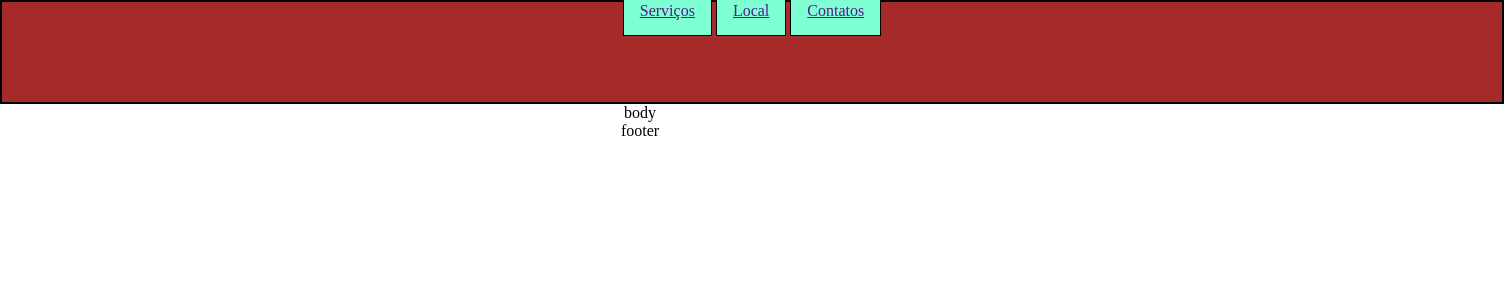
Repository: marllon-hetzler/Site-Salvatore-Barbearia
Page: home.html
An editor plug-in stored every save of this project. The page is shown before and after the next save, followed by the edit.
The browser window is 1280 px wide. The page is 1504 px wide, so the pictures cover 1504 px, including what lies to the right of the window. The pictures show the whole page.

Above is the page before, as saved 2023-02-18 14:11:45.

After the next save:
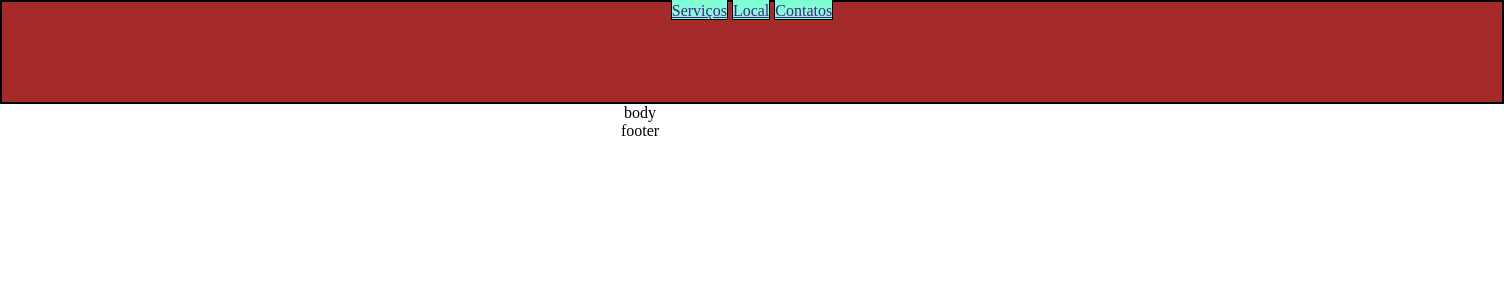
Saved 16 s later.
--- a/home.html
+++ b/home.html
@@ -31,7 +31,7 @@
     }
     a{
         border: 1px solid black;
-        padding: 1rem;
+        padding-top: 1rem;
         background-color: aquamarine;
     }
 </style>

After the save that followed:
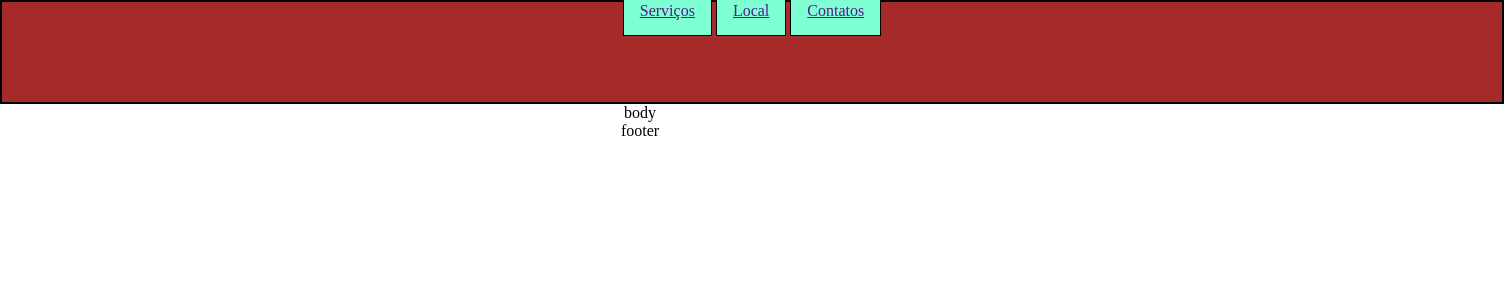
Saved 10 s later.
--- a/home.html
+++ b/home.html
@@ -31,7 +31,7 @@
     }
     a{
         border: 1px solid black;
-        padding-top: 1rem;
+        padding: 1rem;
         background-color: aquamarine;
     }
 </style>
